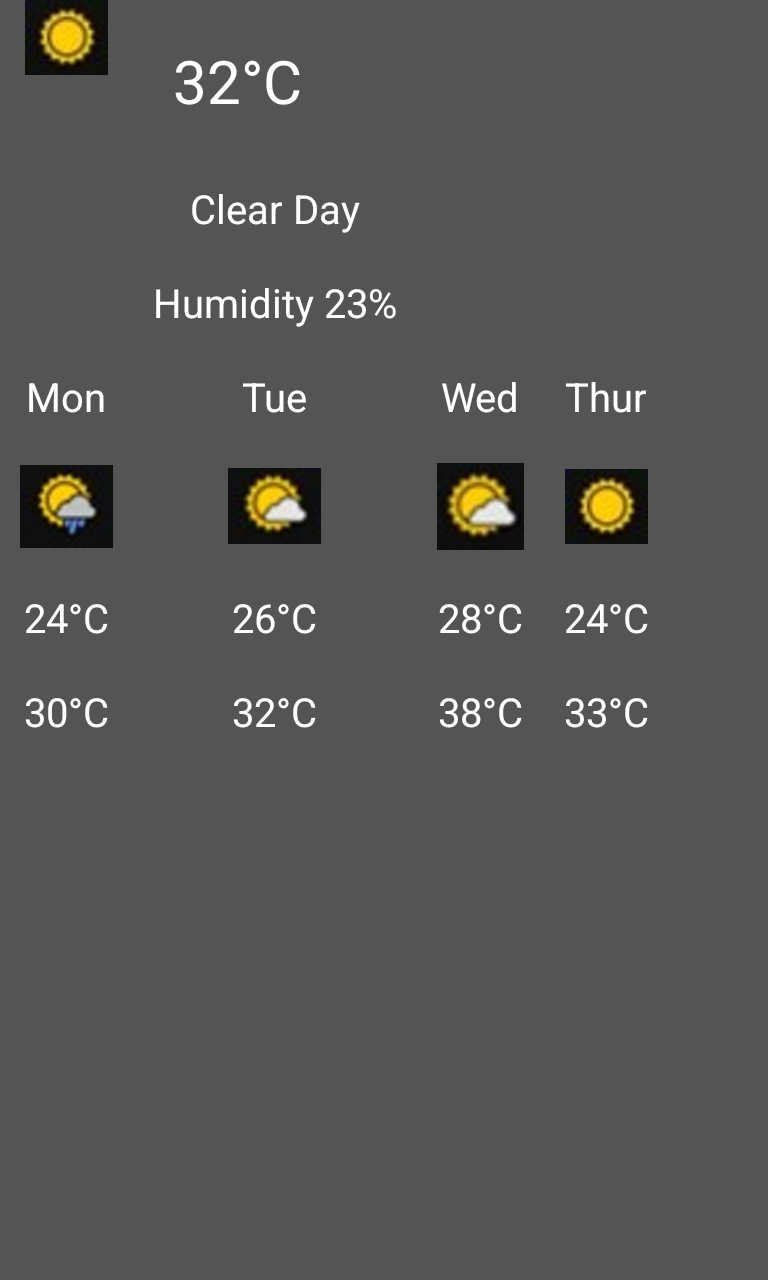
Repository: 12030121002/androideventhandling
Layout: Demo/res/layout/weather.xml
The author's editor kept a copy of each file at every save. The layout is drawn from the files as they stood at one save, then again after the next save.
It is drawn on a 768 x 1280 px phone screen (xhdpi) without system bars, with theme AppTheme; the app's code is not run.

Above is the layout before, as saved 2014-12-08 05:35:11.

After the next save:
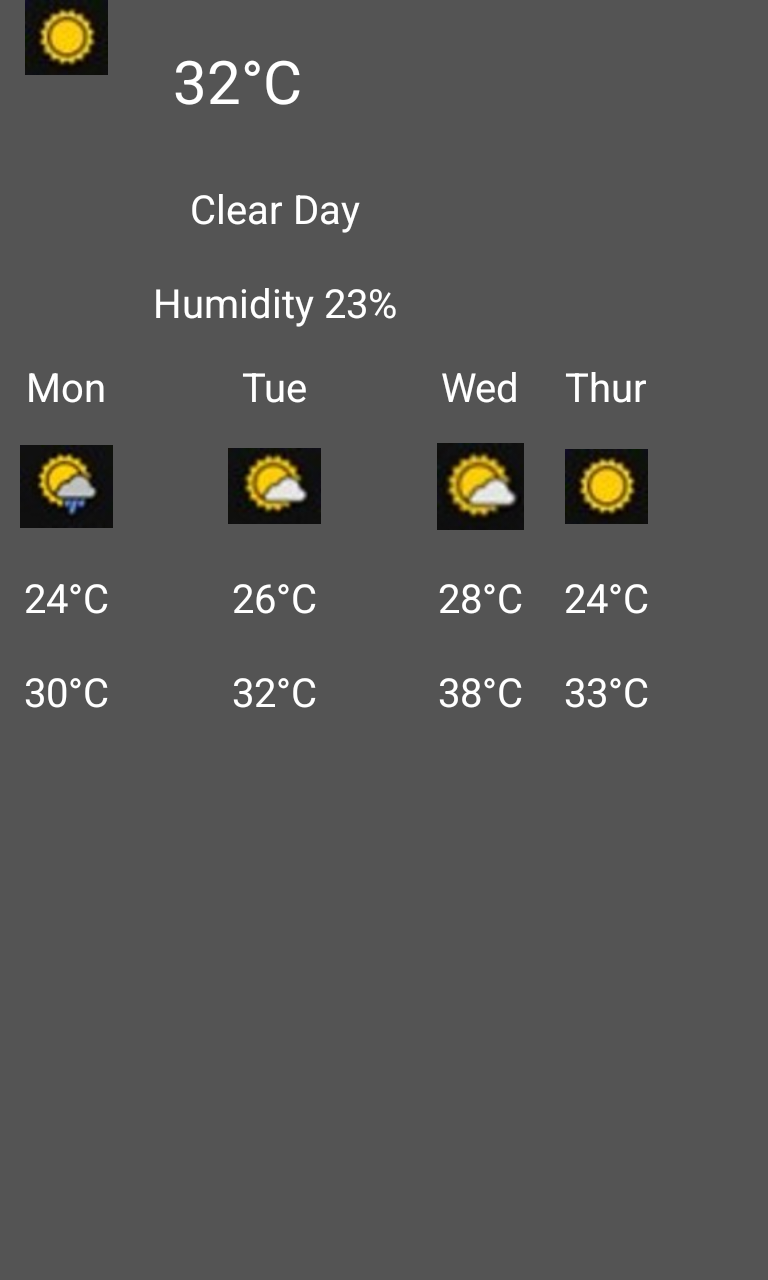
Saved 24 s later.
--- a/Demo/res/layout/weather.xml
+++ b/Demo/res/layout/weather.xml
@@ -62,7 +62,7 @@
         android:layout_height="wrap_content"
         android:text="@string/t1"
         android:textColor="@color/white"
-        android:padding="10dp"
+        android:padding="5dp"
         android:textSize="20sp"
         android:layout_gravity="center"
         android:layout_column="0"
@@ -74,7 +74,7 @@
         android:layout_height="wrap_content"
         android:text="@string/t2"
         android:textColor="@color/white"
-        android:padding="10dp"
+        android:padding="5dp"
         android:textSize="20sp"
         android:layout_gravity="center"
         android:layout_column="1"
@@ -84,7 +84,7 @@
         android:layout_height="wrap_content"
         android:text="@string/t3"
         android:textColor="@color/white"
-        android:padding="8dp"
+        android:padding="5dp"
         android:textSize="20sp"
         android:layout_gravity="center"
         android:layout_column="2"
@@ -94,7 +94,7 @@
         android:layout_height="wrap_content"
         android:text="@string/t4"
         android:textColor="@color/white"
-        android:padding="8dp"
+        android:padding="5dp"
         android:textSize="20sp"
         android:layout_gravity="center"
         android:layout_column="3"
